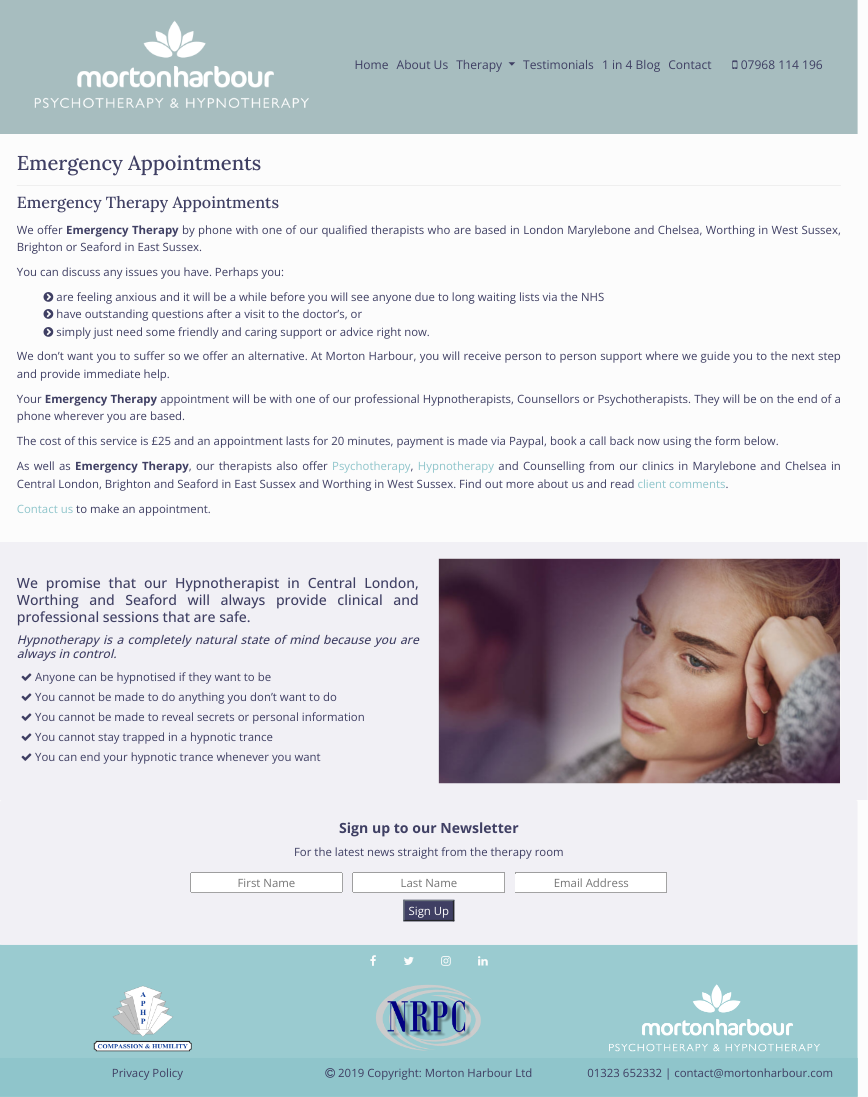
Repository: Code-Institute-Submissions/mortonharbour
Page: emergency therapy.html
The author's editor kept a record of every edit. The page is drawn from the files as they stood at one moment, then again after the next edit.
The browser window is 1280 px wide. The page is 1295 px wide, so the pictures cover 1295 px, including what lies to the right of the window. The pictures show the whole page, at 67% of full size.
Some web libraries are served in a nearby version.

Above is the page before.

### emergency therapy.html
<!DOCTYPE html>
<html lang="en">

<head>
    <meta charset="UTF-8">
    <meta name="viewport" content="width=device-width, initial-scale=1.0">
    <meta http-equiv="X-UA-Compatible" content="ie=edge">

    <!--Links to Bootstrap, JavaScript and FontAwesome cdn, customer style.css file-->
    <link rel="stylesheet" href="https://stackpath.bootstrapcdn.com/bootstrap/4.4.0/css/bootstrap.min.css" integrity="sha384-SI27wrMjH3ZZ89r4o+fGIJtnzkAnFs3E4qz9DIYioCQ5l9Rd/7UAa8DHcaL8jkWt" crossorigin="anonymous">
    <link rel="stylesheet" href="https://stackpath.bootstrapcdn.com/font-awesome/4.7.0/css/font-awesome.min.css" type="text/css" />
    <script src="https://code.jquery.com/jquery-3.2.1.slim.min.js" integrity="sha384-KJ3o2DKtIkvYIK3UENzmM7KCkRr/rE9/Qpg6aAZGJwFDMVNA/GpGFF93hXpG5KkN" crossorigin="anonymous"></script>
    <script src="https://cdnjs.cloudflare.com/ajax/libs/popper.js/1.11.0/umd/popper.min.js" integrity="sha384-b/U6ypiBEHpOf/4+1nzFpr53nxSS+GLCkfwBdFNTxtclqqenISfwAzpKaMNFNmj4" crossorigin="anonymous"></script>
    <script src="https://maxcdn.bootstrapcdn.com/bootstrap/4.0.0-beta/js/bootstrap.min.js" integrity="sha384-h0AbiXch4ZDo7tp9hKZ4TsHbi047NrKGLO3SEJAg45jXxnGIfYzk4Si90RDIqNm1" crossorigin="anonymous"></script>

    <link rel="stylesheet" href="assets/css/style.css" />

    <title>Emergency Therapy, London, Worthing, Brighton and Seaford</title>
</head>

<body>
    <header>
        <div class="container-fluid">
            <nav class="navbar navbar-expand-lg navbar-light">
                <a href="index.html" class="col-sm-4 logo"><span class="sr-only">Go to our home page</span></a>

                <button class="navbar-toggler" type="button" data-toggle="collapse" data-target="#navbarSupportedContent" aria-controls="navbarSupportedContent" aria-expanded="false" aria-label="Toggle navigation">
            <span class="navbar-toggler-icon"></span>
            </button>
                <div class="collapse navbar-collapse justify-content-end" id="navbarSupportedContent">
                    <ul class="navbar-nav">
                        <li class="nav-item active">
                            <a class="nav-link" href="index.html"><span class="sr-only">Go to our home page</span>Home</a>
                        </li>
                        <li class="nav-item active">
                            <a class="nav-link" href="about us.html"><span class="sr-only">Learn more about us</span>About Us</a>
                        </li>
                        <li class="nav-item dropdown">
                            <a class="nav-link dropdown-toggle" href="therapy.html" id="navbarDropdown" role="button" data-toggle="dropdown" aria-haspopup="true" aria-expanded="false">
                          Therapy
                        </a>
                            <div class="dropdown-menu" aria-labelledby="navbarDropdown">
                                <a class="dropdown-item" href="psychotherapy.html"><span class="sr-only">Find out about psychotherapy we offer</span>Psychotherapy</a>
                                <a class="dropdown-item" href="hypnotherapy.html"><span class="sr-only">Find out about hypnotherapy we offer</span>Hypnotherapy</a>
                                <a class="dropdown-item" href="emergency therapy.html"><span class="sr-only">Find out about the emergency appointments we can offer</span>Emergency Appointments</a>
                            </div>
                        </li>
                        <li class="nav-item active">
                            <a class="nav-link" href="testimonials.html"><span class="sr-only">Find out what our clients say</span>Testimonials</a>
                        </li>
                        <li class="nav-item active">
                            <a class="nav-link" href="1 in 4 blog.html"><span class="sr-only">1 in 4 Blog</span>1 in 4 Blog</a>
                        </li>
                        <li class="nav-item active">
                            <a class="nav-link" href="contact.html"><span class="sr-only">Contact Us</span>Contact</a>
                        </li>
                    </ul>
                </div>
                <span id="header-mobile"><a href="tel:#"><i class="fa fa-mobile" aria-hidden="true"></i>
                <span class="sr-only">Call us</span>07968 114 196</a>
                </span>
            </nav>
        </div>
    </header>

    <!------------------------------------------------------------Main content-->

    <section class="main-content-text">
        <div>
            <h1>Emergency Appointments</h1>
            <hr>
            <h2>Emergency Therapy Appointments</h2>
        </div>
        <div>
            <p>We offer <b>Emergency Therapy</b> by phone with one of our qualified therapists who are based in London Marylebone and Chelsea, Worthing in West Sussex, Brighton or Seaford in East Sussex.</p>
            <p>You can discuss any issues you have. Perhaps you:
                <ul>
                    <li><i class="fa fa-chevron-circle-right" aria-hidden="true"></i> are feeling anxious and it will be a while before you will see anyone due to long waiting lists via the NHS</li>
                    <li><i class="fa fa-chevron-circle-right" aria-hidden="true"></i> have outstanding questions after a visit to the doctor’s, or</li>
                    <li><i class="fa fa-chevron-circle-right" aria-hidden="true"></i> simply just need some friendly and caring support or advice right now.</li>
                </ul>
            </p>
            <p>We don’t want you to suffer so we offer an alternative. At Morton Harbour, you will receive person to person support where we guide you to the next step and provide immediate help.</p>
            <p>Your <b>Emergency Therapy</b> appointment will be with one of our professional Hypnotherapists, Counsellors or Psychotherapists. They will be on the end of a phone wherever you are based.</p>
            <p>The cost of this service is £25 and an appointment lasts for 20 minutes, payment is made via Paypal, book a call back now using the form below.</p>
            <p>As well as <b>Emergency Therapy</b>, our therapists also offer <a href="psychotherapy.html" class="website-links"><span class="sr-only">Find out about psychotherapy we offer</span>Psychotherapy</a>, <a href="hypnotherapy.html" class="website-links"><span class="sr-only">Find out about hypnotherapy we offer</span>Hypnotherapy</a>                and Counselling from our clinics in Marylebone and Chelsea in Central London, Brighton and Seaford in East Sussex and Worthing in West Sussex. Find out more about us and read <a href="testimonials.html" class="website-links"><span class="sr-only">Read what our clients say</span>client comments</a>.</p>
            <p><a href="contact.html" class="website-links"><span class="sr-only">Get in touch</span>Contact us</a> to make an appointment.</p>
    </section>

   <!------------------------------------------------------------<Call-out-section-->
    <section>
        <div class="row therapy-call-out-section">
            <div class="col-sm-6 my-auto">
                <p>
                    <h3>We promise that our Hypnotherapist in Central London, Worthing and Seaford will always provide clinical and professional sessions that are safe.</h3>
                    <h4><em>Hypnotherapy is a completely natural state of mind because you are always in control.</em></h4>
                    <ul class="list-symptoms">
                        <li><i class="fa fa-check" aria-hidden="true"></i> Anyone can be hypnotised if they want to be
                        </li>
                        <li><i class="fa fa-check" aria-hidden="true"></i> You cannot be made to do anything you don’t want to do
                        </li>
                        <li><i class="fa fa-check" aria-hidden="true"></i> You cannot be made to reveal secrets or personal information
                        </li>
                        <li><i class="fa fa-check" aria-hidden="true"></i> You cannot stay trapped in a hypnotic trance
                        </li>
                        <li><i class="fa fa-check" aria-hidden="true"></i> You can end your hypnotic trance whenever you want
                        </li>
                    </ul>
            </div>

            <div class="col-sm-6">
                <img src="assets/images/emergency-call-out.PNG" class="therapy-call-out-image">
                <span class="sr-only">image of girl</span>
            </div>
        </div>
    </section>

    <!------------------------------------------------------------<End of Call-out-section-->


    <!------------------------------------------------------------<Newsletter Sign Up-->
    <section>
        <div class="card testimonial-cards-rose newsletter-signup">
            <form action="#" method="post">
                <div class="div">
                    <h3><b>Sign up to our Newsletter</b></h3>
                    <p>For the latest news straight from the therapy room</p>
                </div>
                <fieldset>
                    <input type="text" name="Name" placeholder="First Name" id="first-name" required/>
                    <input type="text" name="Surname" placeholder="Last Name" id="last-name" required/>
                    <input type="email" name="Email" placeholder="Email Address" id="email-address" required/></br>
                </fieldset>
                <input type="button" value="Sign Up" id="submit-button" data-toggle="modal" data-target="#newsletterModal" />
            </form>
        </div>
        <div class="modal fade" id="newsletterModal" tabindex="-1" role="dialog" aria-labelledby="newsletterModalLabel" aria-hidden="true">
            <div class="modal-dialog" role="document">
                <div class="modal-content">
                    <div class="modal-body">
                        <p>Thank you for siging up to our newsletter.</br>
                            We have sent you an email to confirm your subscription.</p>
                        <button type="button" class="btn btn-secondary" data-dismiss="modal">Close</button>
                    </div>
                </div>
            </div>
        </div>
        </div>
    </section>
    <!------------------------------------------------------------<End of Newsletter Sign Up-->

    <footer class="container-fluid">
        <div class="row">
            <div class="col-sm-12">
                <ul class="list-inline text-center social-media-icons">
                    <li class="list-inline-item">
                        <a target="_blank" href="https://www.facebook.com/MortonHarbour/">
                            <i class="fa fa-facebook" aria-hidden="true"></i>
                            <span class="sr-only">Facebook opens in a new window</span>
                        </a>
                    </li>
                    <li class="list-inline-item">
                        <a target="_blank" href="https://twitter.com/mortonharbour">
                            <i class="fa fa-twitter" aria-hidden="true"></i>
                            <span class="sr-only">Twitter opens in a new window</span>
                        </a>
                    </li>
                    <li class="list-inline-item">
                        <a target="_blank" href="https://www.instagram.com/morton_harbour/">
                            <i class="fa fa-instagram" aria-hidden="true"></i>
                            <span class="sr-only">Instagram opens in a new window</span>
                        </a>
                    </li>
                    <li class="list-inline-item">
                        <a target="_blank" href="https://www.linkedin.com/in/magda-harbour-maphp-51b590b4/">
                            <i class="fa fa-linkedin" aria-hidden="true"></i>
                            <span class="sr-only">LinkedIn opens in a new window></span>
                        </a>
                    </li>
                </ul>
            </div>
        </div>
        <div class="row">
            <a href="https://www.aphp.co.uk/" target="_blank" class="col-sm-4 aphp-logo">
                <span class="sr-only">Visit the APHP website, opens in new window</span>
            </a>
            <a href="https://www.nrpc.co.uk/" target="_blank" class="col-sm-4 nrpc-logo">
                <span class="sr-only">Visit the NRPC website, opens in new window</span>
            </a>
            <a href="index.html" class="col-sm-4 footer-logo">
                <span class="sr-only">Go to our home page</span>
            </a>
        </div>
        <div class="row footer-end">
            <div class="col-sm-4 text-center footer-end-item">
                <a href="privacy policy.html" target="_blank"><span class="sr-only">Please read our privacy policy, opens in new window</span>Privacy Policy</a>
            </div>
            <div class="col-sm-4 text-center">
                <p><i class="fa fa-copyright" aria-hidden="true"></i> 2019 Copyright: Morton Harbour Ltd</p>
            </div>
            <div class="div col-sm-4 text-center footer-end-item">
                <address><a href="tel:+01323652332">01323 652332 | <span class="sr-only">contact number</span></a><a href="mailto:#">contact@mortonharbour.com
                    <span class="sr-only">email address</span>
                </a>
                </address>
            </div>
        </div>
    </footer>
</body>

</html>

Loaded but not shown: assets/css/style.css (594 lines, source omitted)

After the next edit:
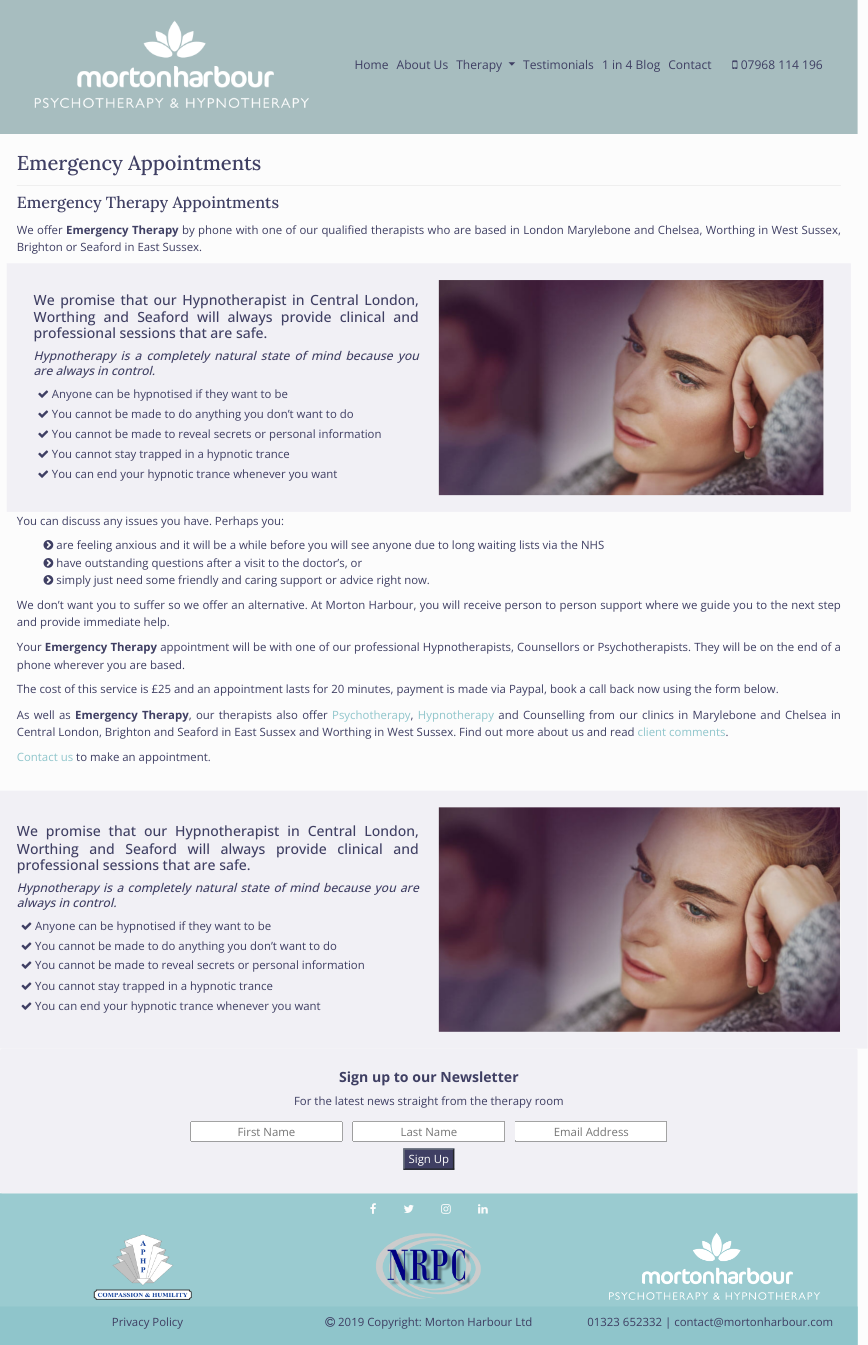
The edit:
--- a/emergency therapy.html
+++ b/emergency therapy.html
@@ -73,6 +73,33 @@
         </div>
         <div>
             <p>We offer <b>Emergency Therapy</b> by phone with one of our qualified therapists who are based in London Marylebone and Chelsea, Worthing in West Sussex, Brighton or Seaford in East Sussex.</p>
+            <div class="row therapy-call-out-section">
+                <div class="col-sm-6 my-auto">
+                    <p>
+                        <h3>We promise that our Hypnotherapist in Central London, Worthing and Seaford will always provide clinical and professional sessions that are safe.</h3>
+                        <h4><em>Hypnotherapy is a completely natural state of mind because you are always in control.</em></h4>
+                        <ul class="list-symptoms">
+                            <li><i class="fa fa-check" aria-hidden="true"></i> Anyone can be hypnotised if they want to be
+                            </li>
+                            <li><i class="fa fa-check" aria-hidden="true"></i> You cannot be made to do anything you don’t want to do
+                            </li>
+                            <li><i class="fa fa-check" aria-hidden="true"></i> You cannot be made to reveal secrets or personal information
+                            </li>
+                            <li><i class="fa fa-check" aria-hidden="true"></i> You cannot stay trapped in a hypnotic trance
+                            </li>
+                            <li><i class="fa fa-check" aria-hidden="true"></i> You can end your hypnotic trance whenever you want
+                            </li>
+                        </ul>
+                </div>
+
+                <div class="col-sm-6">
+                    <img src="assets/images/emergency-call-out.PNG" class="therapy-call-out-image">
+                    <span class="sr-only">image of girl</span>
+                </div>
+            </div>
+
+
+
             <p>You can discuss any issues you have. Perhaps you:
                 <ul>
                     <li><i class="fa fa-chevron-circle-right" aria-hidden="true"></i> are feeling anxious and it will be a while before you will see anyone due to long waiting lists via the NHS</li>
@@ -87,7 +114,7 @@
             <p><a href="contact.html" class="website-links"><span class="sr-only">Get in touch</span>Contact us</a> to make an appointment.</p>
     </section>
 
-   <!------------------------------------------------------------<Call-out-section-->
+    <!------------------------------------------------------------<Call-out-section-->
     <section>
         <div class="row therapy-call-out-section">
             <div class="col-sm-6 my-auto">
